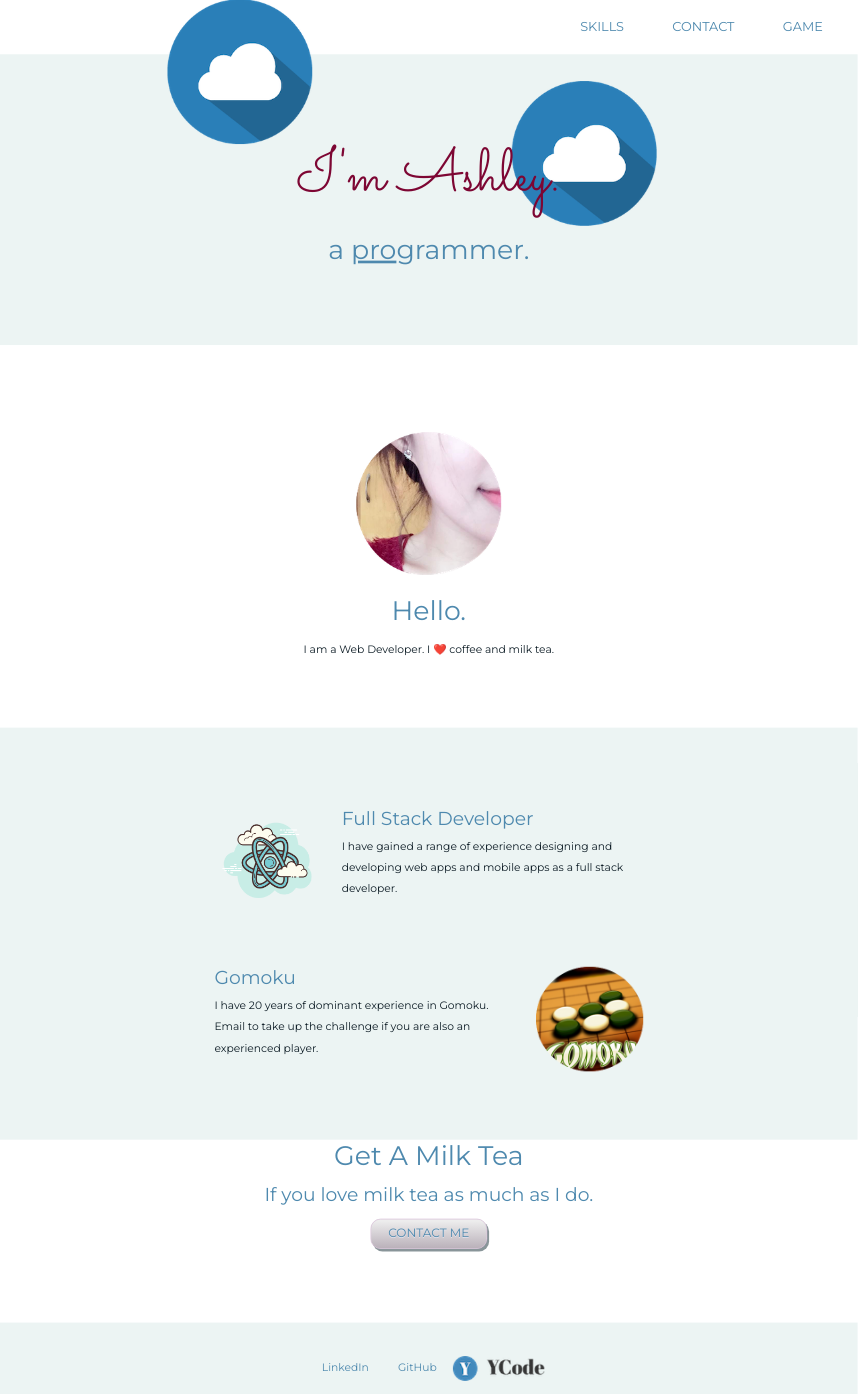
Repository: nosugarpls/YCode-my-website
Page: index.html
The author's editor kept a copy of each file at every save. The page is drawn from the files as they stood at one save, then again after the next save.
The browser window is 1280 px wide. The pictures show the whole page, at 67% of full size.

Above is the page before, as saved 2020-09-25 10:31:06.

After the next save:
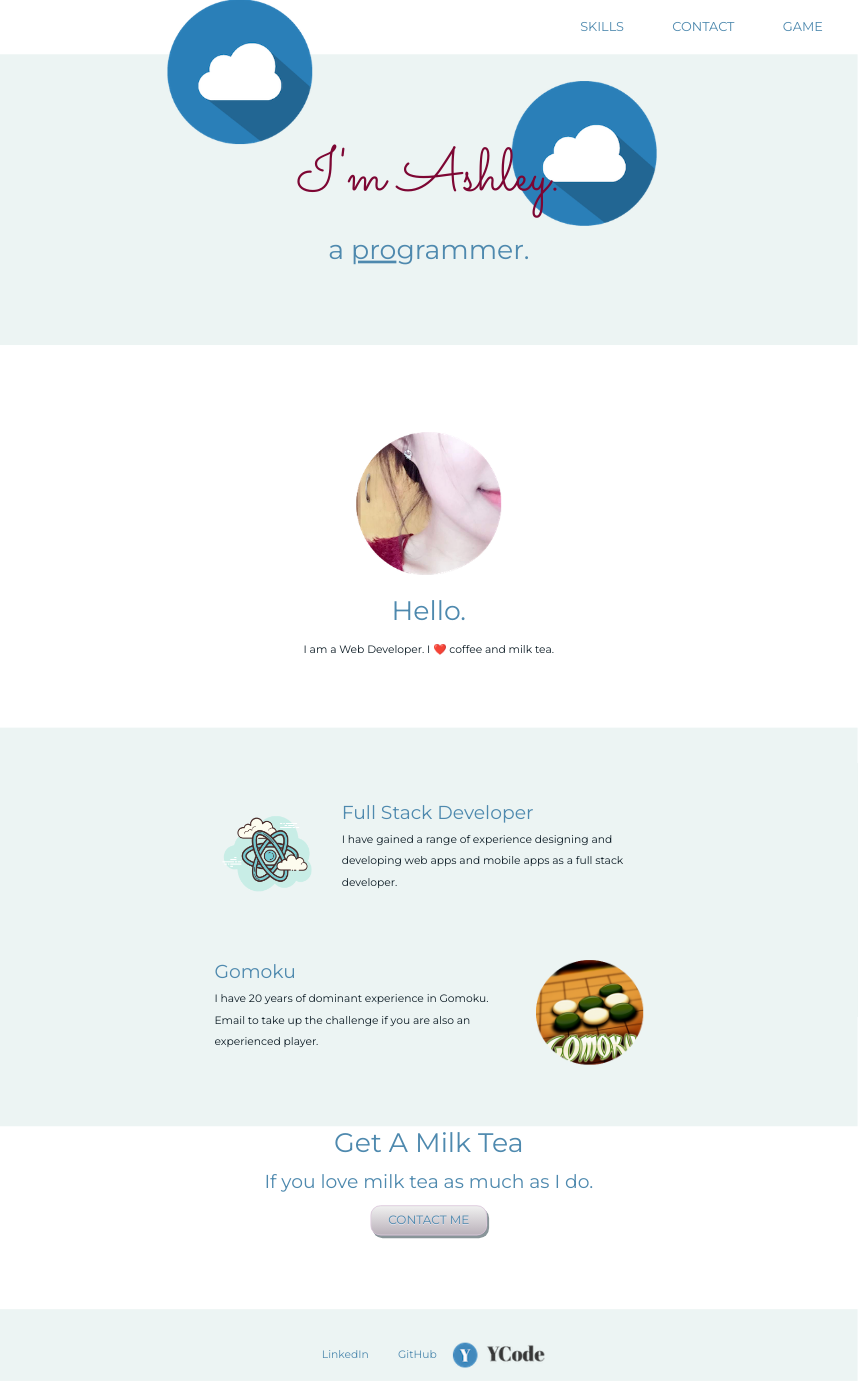
Saved 45 s later.
--- a/css/styles.css
+++ b/css/styles.css
@@ -53,8 +53,8 @@ a {
 .skills {
   background-color: #ecf4f3;
   margin-top: 100px;
-  padding-top: 20px;
-  padding-bottom: 20px;
+  padding-top: 10px;
+  padding-bottom: 10px;
 }
 
 
